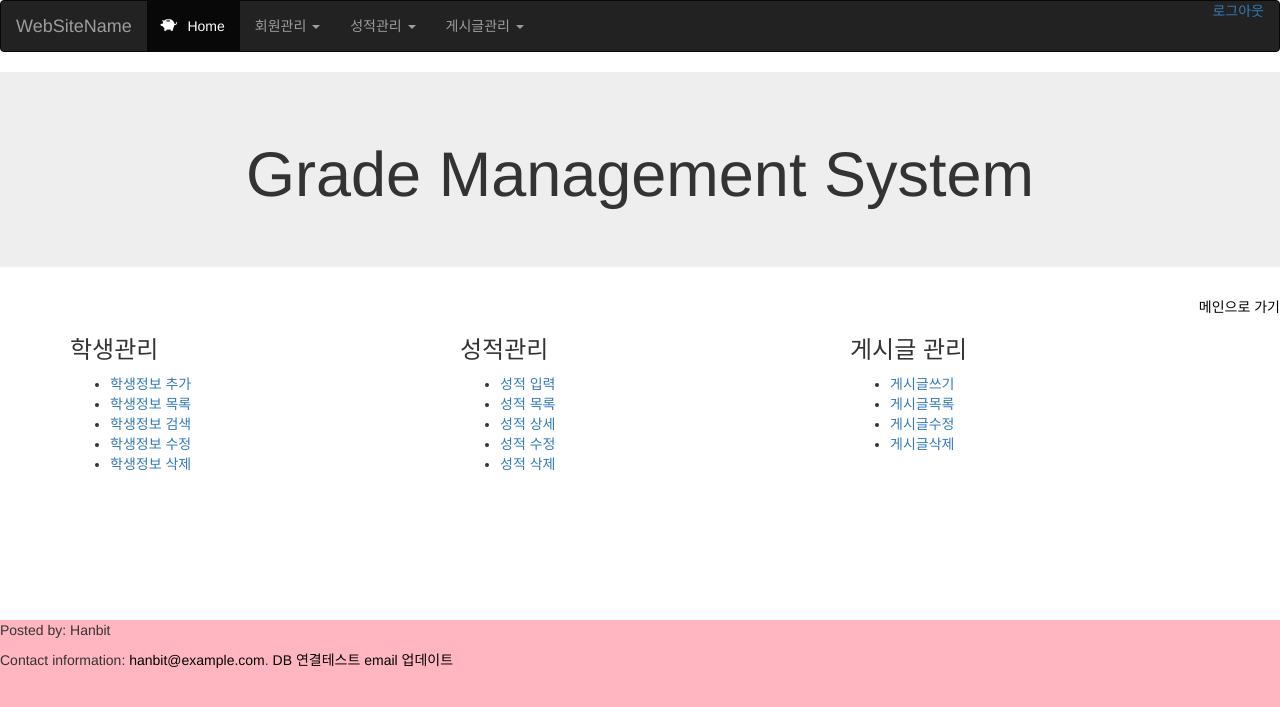
Repository: jeonghyunseok/GMSUI
Page: http://localhost/GMS2/WEB-INF/view/common/main.jsp
These files come from the project's save history. The page is drawn as it stood at one moment and after the next save; the edit follows.
The browser window is 1280 px wide. The pictures show the whole page.
Some web libraries are served in a nearby version. The page is served by Tomcat 9. Nobody is signed in. Other server files are loaded and not shown. The template is opened directly, without the code that normally fills it, so the values that code supplies are empty.

Above is the page before, as saved 2017-08-16 03:01:42.
Console error: SyntaxError: Unexpected token '}'

### GMS2/WebContent/WEB-INF/view/common/main.jsp
<%@ page language="java" contentType="text/html; charset=UTF-8" pageEncoding="UTF-8"%>
<jsp:include page="common_head.jsp"/>
<div class="container">
	<div class="row">

		<div class="col-sm-4">
		<h3>학생관리</h3>
		 <ul id="ul_stu" >
            <li><a >학생정보 추가</a></li>
            <li ><a >학생정보 목록</a></li>
            <li ><a >학생정보 검색</a></li>
            <li><a >학생정보 수정</a></li>
            <li ><a >학생정보 삭제</a></li>
            </ul>
	    </div>

		<div class="col-sm-4">
		 	<h3>성적관리</h3>
		 	 <ul id="ul_grade">
	               <li ><a>성적 입력</a></li>
	               <li><a >성적 목록</a></li>
	               <li ><a >성적 상세</a></li>
	               <li ><a >성적 수정</a></li>
	               <li ><a >성적 삭제</a></li>
	            </ul>
		</div>

		<div class="col-sm-4">
	    <h3>게시글 관리</h3>
	     <ul id="ul_board">
	               <li><a>게시글쓰기</a></li>
	               <li ><a >게시글목록</a></li>
	               <li><a >게시글수정</a></li>
	              <li ><a >게시글삭제</a></li>
	            </ul>
		</div>
		</div>
	</div>
<script>

	var u1=document.getElementById("ul_stu");
 	var u2=document.getElementById("ul_grade");
 	var u3=document.getElementById("ul_board");

 u1.setAttribute("class","list-group");
 u2.setAttribute("class","list-group");
 u3.setAttribute("class","list-group");

 	var ul_stu=u1.children;
 	var ul_grade=u2.children;
 	var ul_board=u3.children;

 	for(i=0;ul_stu.length;i++){
 		ul_stu[i].setAttribute("class","list-group-item");
 	}
 	for(i=0;ul_grade.length;i++){
 		ul_grade[i].setAttribute("class","list-group-item");
 	}
 	for(i=0;ul_board.length;i++){
 		ul_board[i].setAttribute("class","list-group-item");
 	}

 	ul_stu[0].setAttribute("onclick","moveTo('member','member_add')");
 	ul_stu[1].setAttribute("onclick","moveTo('member','member_list')");
 	ul_stu[2].setAttribute("onclick","moveTo('member','member_search')");
 	ul_stu[3].setAttribute("onclick","moveTo('member','member_update')");
 	ul_stu[4].setAttribute("onclick","deleteTarget('학생')");

 	ul_grade[0].setAttribute("onclick","moveTo('grade','grade_add')");
 	ul_grade[1].setAttribute("onclick","moveTo('grade','grade_list')");
 	ul_grade[2].setAttribute("onclick","moveTo('grade','grade_detail')");
 	ul_grade[3].setAttribute("onclick","moveTo('grade','grade_update')");
 	ul_grade[4].setAttribute("onclick","deleteTarget('성적')");

 	ul_board[0].setAttribute("onclick","moveTo('board','board_add')");
 	ul_board[1].setAttribute("onclick","moveTo('board','board_list')");
 	ul_board[2].setAttribute("onclick","moveTo('board','board_update')");
 	ul_board[3].setAttribute("onclick","deleteTarget('게시글')");

		}
</script>
<jsp:include page="footer.jsp"></jsp:include>

### GMS2/WebContent/WEB-INF/view/common/common_head.jsp
<%@ page language="java" contentType="text/html; charset=UTF-8" pageEncoding="UTF-8"%>

<!DOCTYPE html>
<html>
<head>
<meta charset="UTF-8" name="viewport"
	content="width=device-width, initial-scale=1.0">
<title>Student detail</title>

<link rel="stylesheet" href="${ctx}/resources/css/common.css" />
<link rel="stylesheet" href="${ctx}/resources/css/member.css" />
 <link rel="stylesheet" href="https://maxcdn.bootstrapcdn.com/bootstrap/3.3.7/css/bootstrap.min.css">

 <script src="https://ajax.googleapis.com/ajax/libs/jquery/3.2.0/jquery.min.js"></script>
 <script src="https://maxcdn.bootstrapcdn.com/bootstrap/3.3.7/js/bootstrap.min.js"></script>
</head>
<body>
	<div id="wrapper">
		<header>
	    <jsp:include page="navbar.jsp"></jsp:include>
		<div class="jumbotron text-center">
		<h1>Grade Management System</h1>
        </div>
		</header>
	<a id="go_main" href="/index.jsp">메인으로 가기</a><br />

### GMS2/WebContent/WEB-INF/view/common/navbar.jsp
<%@ page language="java" contentType="text/html; charset=UTF-8" pageEncoding="UTF-8"%>
<nav class="navbar navbar-inverse">
  <div class="container-fluid">
    <div class="navbar-header">
      <a class="navbar-brand" href="#">WebSiteName</a>
    </div>
  	  <ul class="nav navbar-nav">
  	   <li class="active"><a onclick="moveTo('common','main')"><span class="glyphicon glyphicon-piggy-bank"></span> &nbsp; Home</a></li>

		<li class="dropdown">
      <a href="#" class="dropdown-toggle"
      	data-toggle="dropdown" role="button"
      	aria-haspopup="true"
      	aria-expanded="false">회원관리 <span class="caret">
      	</span></a>

      	<ul class="dropdown-menu">
   		<li><a onclick="moveTo('member','member_add')">학생추가</a></li>
   		<li><a onclick="moveTo('member','member_list')">학생목록</a></li>
   		<li><a onclick="moveTo('member','member_search')">학생조회</a></li>
   		<li role="separator" class="divider"></li>
   		<li><a onclick="deleteTo('member')">학생삭제</a></li>
      	</ul>
      	</li>

      	<li class="dropdown">
      <a href="#" class="dropdown-toggle"
      	data-toggle="dropdown" role="button"
      	aria-haspopup="true"
      	aria-expanded="false">성적관리 <span class="caret">
      	</span></a>
      	<ul class="dropdown-menu">
   		<li><a onclick="moveTo('grade','grade_add')">성적추가</a></li>
   		<li><a onclick="moveTo('grade','grade_list')">성적목록</a></li>
   		<li><a onclick="moveTo('grade','grade_detail')">성적조회</a></li>
   		<li role="separator" class="divider"></li>
   		<li><a onclick="deleteTo('grade')">성적 삭제</a></li>
      	</ul>
      	</li>

      	<li class="dropdown">
       <a href="#" class="dropdown-toggle"
       	data-toggle="dropdown" role="button"
      	aria-haspopup="true"
      	aria-expanded="false">게시글관리 <span class="caret">
      	</span></a>
      	<ul class="dropdown-menu">
   		<li><a onclick="moveTo('board','board_add')">게시글추가</a></li>
   		<li><a onclick="moveTo('board','board_list')">게시글목록</a></li>
   		<li><a onclick="moveTo('board','board_update')">게시글조회</a></li>
   		<li role="separator" class="divider"></li>
   		<li><a onclick="deleteTo('board')">게시글 삭제</a></li>
      	</ul>
      	</li>
   	 </ul>
   		<span class="gms-float-right" style="color:white"> ${sessionScope.user.name} &nbsp;
   		 <a  id="logout" onclick="logout()">로그아웃</a></span>
	</div>
</nav>
	<script>

		function logout(){
		location.href="${ctx}/common.do?action=move&page=index";
		return true;
		}
		function moveTo(dir,page){
			location.href="${ctx}/"+dir+".do?action=move&page="+page;
			}
		function deleteTarget(target){
	 		prompt(target+'의 ID?');
	 	}

	</script>

### GMS2/WebContent/WEB-INF/view/common/footer.jsp
<%@ page language="java" contentType="text/html; charset=UTF-8" pageEncoding="UTF-8"%>
<!doctype html>
	<footer>
		<div>
				<p>Posted by: Hanbit</p>
				<p>
					Contact information: <a href="mailto:someone@example.com">
						hanbit@example.com</a>.
				<a href="../jdbctest.jsp">DB 연결테스트</a>
				<a href="../util/update_email.jsp">email 업데이트</a>
				</p>
	</div>
		</footer>
			</div>
					</body>
			</html>

### GMS2/WebContent/resources/css/common.css
@CHARSET "UTF-8";
html, body{height: 100%; margin: 0; padding: 0; border: 0;}
table{border-collapse:collapse;}
#wrapper{position: relative; min-height:100%;padding-bottom:100px;}
footer{position: absolute; bottom: 0; left: 0; width: 100%;  height: 100px;  background-color: lightpink;}
fotter div{width:80%;}
#go_main{float:right}
#container{width:100%; margin:0 auto; }
#text-cen{text-align: center}
#title{text-align:center; margin:0 auto;}
#text-cen{text-align:center;}
.gms-text-center{text-align:center;}
.gms-border-black{border: 1px solid black;}
.gms-width-30pro{width:30%;}
.gms-width-100pro{width:100%;}
.gms-text-deconone{text-decoration: none}
.gms-margine-auto{margin:0 auto}
.gms-list-none{list-style-type:none}
.gms-display-inline{display: inline-block;}
.gms-color-green{color:green}
.gms-backcolor-yellow{background-color:yellow}
.gms-color-blue{color:blue}
.gms-backcolor-red{background-color:#9afafa}
.gms-float-right{float:right}


/* unvisited link */
a:link { color: black;}
/* visited link */
a:visited {color: green;}
/* mouse over link */
a:hover {color: red;}
/* selected link */
a:active {color: blue;}

### GMS2/WebContent/resources/css/member.css
@CHARSET "UTF-8";
@IMPORT "common.css";
/*index.jsp*/
#index-tab{width:75%; margin:80px auto;width:80%;border:2px solid blue}
#index-tab-tr>td{border: 1px solid black; width:30%;padding:30px; text-align:center; text-decoration: none}
#index-tab-tr>th{border: 1px solid black; width:30%; text-align:center; text-decoration: none}
.index-ul{width: 200px;text-decoration: none;list-style-type:none}
.index-ul>li{border: 1px solid black;}
.index-ul>li>a{text-decoration: none; list-style-type:none}
#wrapper{width:100%;}
#index-h1{text-align:center; margin:0 auto;font-size:80px;}
/*login.jsp*/
#login_img{width: 200px;height: 200px; text-align:center;}
#login_id{font-size:20px;width:108px;display: inline-block;}
#login_pass{font-size:20px;display: inline-block;}
#login_botton{width: 150px; background-color:yellow;}
#cancel_botton{width: 150px; background-color:red;}
/*join.jsp*/
#join_id{font-size:20px;width:108px;display: inline-block;}
#join_pass{font-size:20px;display: inline-block;}
#join_name{font-size:20px;width:108px;display: inline-block;}
#join_birth{font-size:15px;width:60px;display: inline-block;}
#join_yes_btn{width:140px ; background-color:green;margin:0 auto;}
#join_no_btn{width:140px ; background-color:red;margin:0 auto;}
#join_form{margin:0 auto;}
/*login_list.jsp*/
#member_list_tab {width:60%;margin:0 auto;}
#member_list_tab th{border-bottom:2px solid black;height:40px;text-align:center;background-color:yellow;}
#member_list_tab td{border-bottom:2px solid black;height:40px;text-align:center;}
/*member_search*/
#member_search_box{width:300px;margin:0 auto;}
/*member_detail*/
#member_detail_tab {width: 60%;margin:0 auto;}
#member_detail_tab tr{border:2px solid black;height:40px;text-align:center;}
#member_detail_tab td{border:2px solid black;height:40px;text-align:center;}

After the next save:
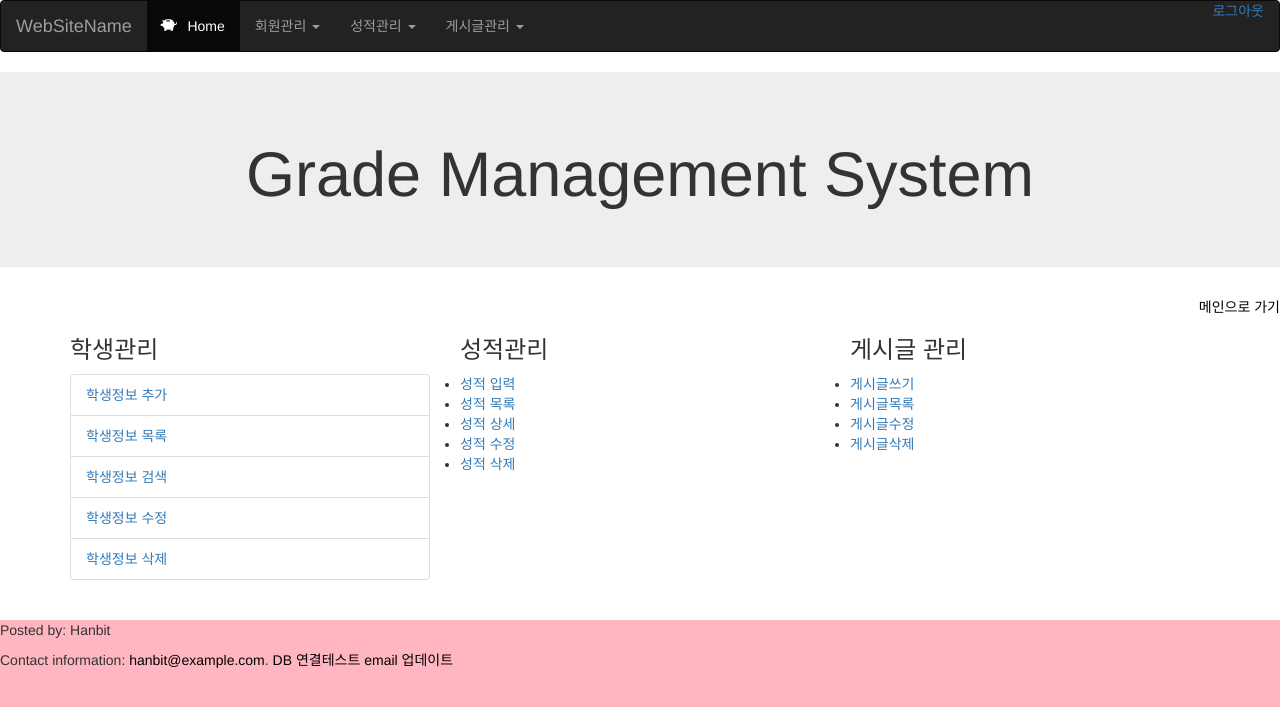
Console error: TypeError: Cannot read properties of undefined (reading 'setAttribute')
Saved 3 min 37 s later.
--- a/GMS2/WebContent/WEB-INF/view/common/main.jsp
+++ b/GMS2/WebContent/WEB-INF/view/common/main.jsp
@@ -77,6 +77,6 @@
  	ul_board[2].setAttribute("onclick","moveTo('board','board_update')");
  	ul_board[3].setAttribute("onclick","deleteTarget('게시글')");
 
-		}
+
 </script>
 <jsp:include page="footer.jsp"></jsp:include>
